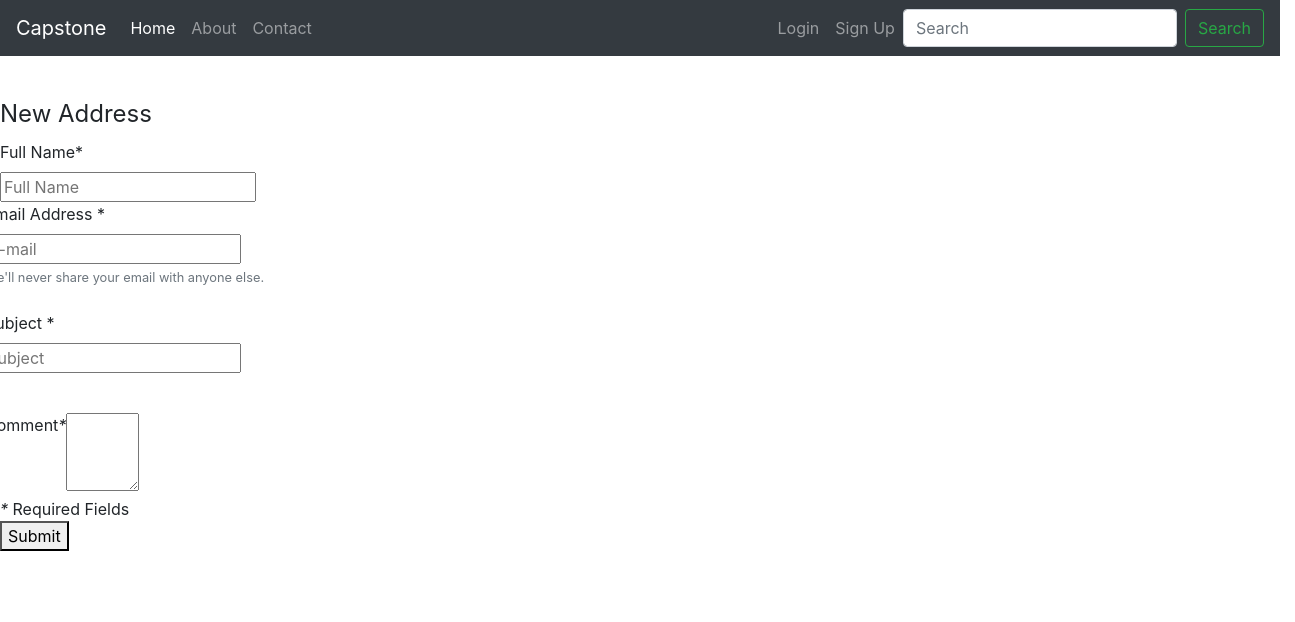
Repository: lionelmwaura/Capstone
Page: http://localhost/ecom/WEB-INF/views/contact.jsp
The author's editor kept a copy of each file at every save. The page is drawn from the files as they stood at one save, then again after the next save.
The browser window is 1280 px wide. The page is 1295 px wide, then 1280 px, so the pictures cover 1295 px, including what lies to the right of the window. The pictures show the whole page.
The page is served by Tomcat 9. Nobody is signed in. Other server files are loaded and not shown. The template is opened directly, without the code that normally fills it, so the values that code supplies are empty.

Above is the page before, as saved 2020-09-29 22:42:39.

### ecom/src/main/webapp/WEB-INF/views/contact.jsp
<%@ page language="java" contentType="text/html; charset=ISO-8859-1"
    pageEncoding="ISO-8859-1"%>
<!DOCTYPE html>
<html>
<head>
<meta charset="ISO-8859-1">
<title>Insert title here</title>
<link rel="stylesheet" href="https://maxcdn.bootstrapcdn.com/bootstrap/4.5.2/css/bootstrap.min.css">
  <script src="https://ajax.googleapis.com/ajax/libs/jquery/3.5.1/jquery.min.js"></script>
  <script src="https://cdnjs.cloudflare.com/ajax/libs/popper.js/1.16.0/umd/popper.min.js"></script>
  <script src="https://maxcdn.bootstrapcdn.com/bootstrap/4.5.2/js/bootstrap.min.js"></script>
</head>
<body>
<jsp:include page="components/header.jsp"></jsp:include>
<br>
<br>
<br>
<br>
<form action="sendemail" method="post" role="form">

                  <fieldset>
                    <legend>New Address</legend>

                          <div class="form-group">
                            <label for="name"> Full Name<span class="required">*</span></label>
                            <br>
                            <input type="text" id="name" name="name" placeholder="Full Name" title="Full Name" class="input-text" required>
                         <div class="row">
                          <div class="input-box">
                            <label for="email"> Email Address <span class="required">*</span> </label>
                            <br>
                           	<input type="text" id="email" name="email" placeholder="E-mail"  title="E-mail" class="input-text" required>
                          	<small id="emailHelp" class="form-text text-muted">We'll never share your email with anyone else.</small>
                          </div>
                         </div>
                         <br>
                         <div class="row">
                          <div class="input-box ">
                            <label for="subject"> Subject <span class="required">*</span> </label>
                            <br>
                            <input type="text" name="subject" placeholder="subject" title="Subject" class="input-text">
                          </div>
                          </div>
                        </div>
                      <br>
                      <div class="row">
                        <label for="comment">Comment<em class="required">*</em></label>
                        <div >
                          <textarea name="message" id="message" title="message" class="input-text" cols="5" rows="3"></textarea>
                        </div>
                   	  </div>
                  </fieldset>

                <span class="require"><em class="required">* </em>Required Fields</span>
                <div class="buttons-set">
                  <button type="submit" title="Submit" class="button submit"> <span> Submit </span> </button>
                </div>

</form>
</body>
</html>

### ecom/src/main/webapp/WEB-INF/views/components/header.jsp
<%@ page language="java" contentType="text/html; charset=ISO-8859-1"
    pageEncoding="ISO-8859-1"%>
<%@ taglib prefix="spring" uri="http://www.springframework.org/tags"%>
<%@ taglib prefix="c" uri="http://java.sun.com/jsp/jstl/core"%>
<%@ taglib prefix="form" uri="http://www.springframework.org/tags/form"%>

<!DOCTYPE html>
<html>
<head>
<meta charset="ISO-8859-1">
<title>Header</title>
</head>
<body>
<nav class="navbar navbar-expand-md navbar-dark fixed-top bg-dark">
    <a class="navbar-brand" href="#">Capstone</a>
    <button class="navbar-toggler" type="button" data-toggle="collapse" data-target="#navbarCollapse" aria-controls="navbarCollapse" aria-expanded="false" aria-label="Toggle navigation">
      <span class="navbar-toggler-icon"></span>
    </button>
    <div class="collapse navbar-collapse" id="navbarCollapse">
      <ul class="navbar-nav mr-auto">
        <li class="nav-item active">
          <a class="nav-link" href="home">Home</a>
        </li>
        <li class="nav-item">
          <a class="nav-link" href="about">About</a>
        </li>
        <li class="nav-item">
          <a class="nav-link" href="contact">Contact</a>
        </li>
      </ul>
      <ul class="navbar-nav ">
      	<c:choose>
      	<c:when test="${empty loggedInuser}">
      		<li class="nav-item">
          		<a class="nav-link" href="login">Login</a>
       		</li>
        	<li class="nav-item">
          		<a class="nav-link" href="signup">Sign Up</a>
        	</li>
      	</c:when>
      	<c:otherwise>
      	<c:if test="${role eq 'ADMIN' || role eq 'DBA'}">
      		<li class="nav-item">
          		<a class="nav-link" href="admin">Admin</a>
        	</li>
      	</c:if>
      		<li class="nav-item">
          		<a class="nav-link" href="profile">My Profile</a>
        	</li>
      		<li class="nav-item">
          		<a class="nav-link" href="logout">Logout</a>
        	</li>
      	</c:otherwise>
      	</c:choose>
       <form class="form-inline mt-2 mt-md-0">
        	<input class="form-control mr-sm-2" type="text" placeholder="Search" aria-label="Search">
        	<button class="btn btn-outline-success my-2 my-sm-0" type="submit">Search</button>
      	</form>
      </ul>
    </div>
  </nav>
</body>
</html>

After the next save:
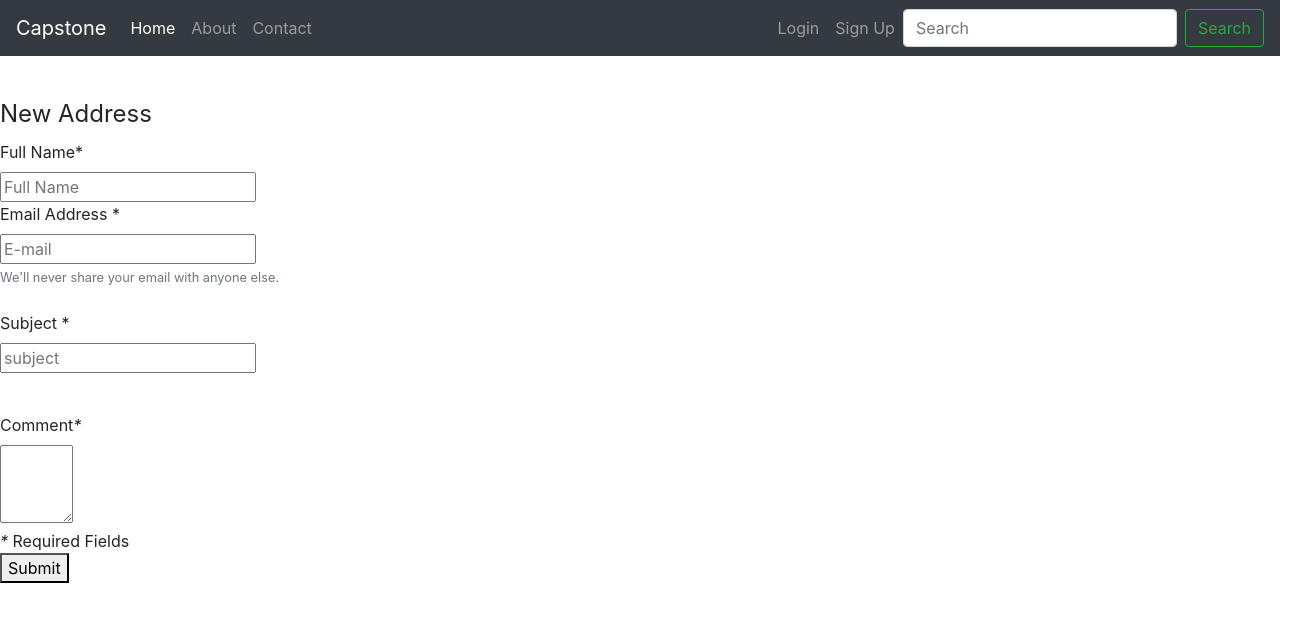
Saved 3 min 2 s later.
--- a/ecom/src/main/webapp/WEB-INF/views/contact.jsp
+++ b/ecom/src/main/webapp/WEB-INF/views/contact.jsp
@@ -25,30 +25,30 @@
                             <label for="name"> Full Name<span class="required">*</span></label>
                             <br>
                             <input type="text" id="name" name="name" placeholder="Full Name" title="Full Name" class="input-text" required>
-                         <div class="row">
+
                           <div class="input-box">
                             <label for="email"> Email Address <span class="required">*</span> </label>
                             <br>
                            	<input type="text" id="email" name="email" placeholder="E-mail"  title="E-mail" class="input-text" required>
                           	<small id="emailHelp" class="form-text text-muted">We'll never share your email with anyone else.</small>
                           </div>
-                         </div>
+
                          <br>
-                         <div class="row">
+
                           <div class="input-box ">
                             <label for="subject"> Subject <span class="required">*</span> </label>
                             <br>
                             <input type="text" name="subject" placeholder="subject" title="Subject" class="input-text">
                           </div>
-                          </div>
+
                         </div>
                       <br>
-                      <div class="row">
+
                         <label for="comment">Comment<em class="required">*</em></label>
                         <div >
                           <textarea name="message" id="message" title="message" class="input-text" cols="5" rows="3"></textarea>
                         </div>
-                   	  </div>
+
                   </fieldset>
 
                 <span class="require"><em class="required">* </em>Required Fields</span>
